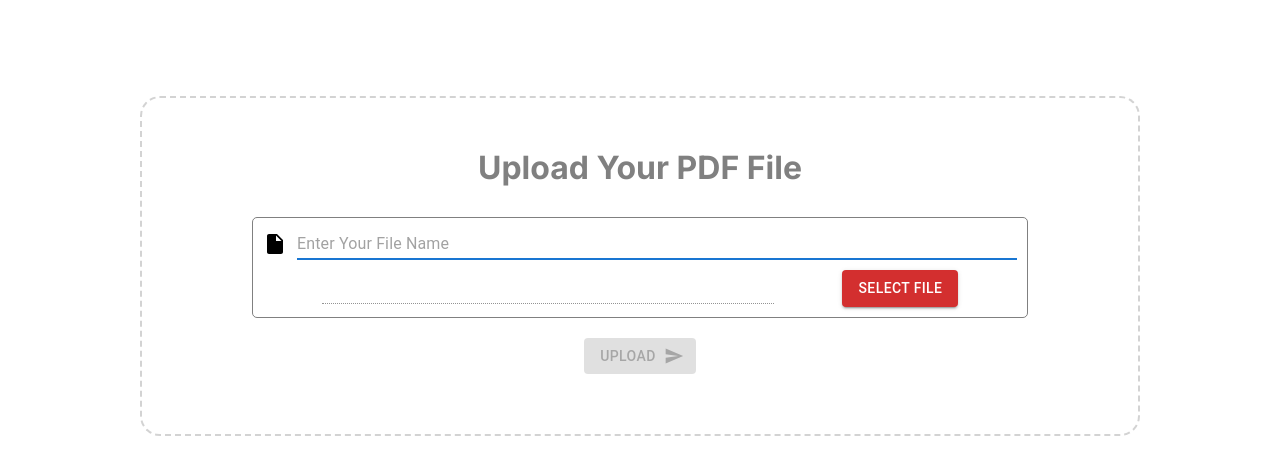
Repository: BhushanPatil-121/pdf-upload-nextjs
Page: /
These files come from the project's save history. The page is drawn as it stood at one moment and after the next save; the edit follows.
The browser window is 1280 px wide. The pictures show the whole page.
The project was rebuilt for these pictures with package versions that can differ from the ones it lists, and the page was loaded fresh each time. The framework's server and built-in components were replaced by stand-ins that run in the browser. Also part of the build but not shown: next.config.mjs.

Above is the page before, as saved 2024-02-29 11:16:06.

### src/app/page.tsx
"use client"
import styles from "./page.module.css";
import { styled } from '@mui/material/styles';
import Button from '@mui/material/Button';
import CloudUploadIcon from '@mui/icons-material/CloudUpload';
import { useState } from 'react';
import { Alert, Box, Stack, TextField } from "@mui/material";
import InsertDriveFileIcon from '@mui/icons-material/InsertDriveFile';
import SendIcon from '@mui/icons-material/Send';
import LoadingButton from '@mui/lab/LoadingButton';
import { CloudDownload } from "@mui/icons-material";

const VisuallyHiddenInput = styled('input')({
  clip: 'rect(0 0 0 0)',
  clipPath: 'inset(50%)',
  height: 1,
  overflow: 'hidden',
  position: 'absolute',
  bottom: 0,
  left: 0,
  whiteSpace: 'nowrap',
  width: 1,
});

export default function Home() {
  const [loading, setLoading] = useState(false);
  const [uploading, setUploding] = useState(false);
  const [fileName, setFileName] = useState<string>("")
  const [defaultFileName, setDefaultFileName] = useState<string>("")
  const [file, setFile] = useState<string>("")
  function handleClick(e: any) {
    setLoading(true);
    setTimeout(() => setLoading(false), 3000);
    setTimeout(() => {
      setUploding(true)
      setFileName("")
      setFile("")
    }, 3000);
    setTimeout(() => setUploding(false), 6000);
    e.preventDefault();
    let formData = new FormData();
    formData.append('filename', fileName);
    formData.append('file', file);
    console.log(fileName, file);
  }
  return (
    <main className={styles.main}>
      <div className={styles.mainContainer}>
        <h1 className={styles.mainHeading}>Upload Your PDF File</h1>
        <form className={styles.mainForm}>
          <div className={styles.mainFormContainer}>
            <div className={styles.mainFormSubContainer1}>
              <InsertDriveFileIcon />
              <Box sx={{width:'100%'}}>
              <TextField
                id="standard-basic"
                fullWidth
                placeholder="Enter Your File Name"
                value={fileName}
                autoFocus
                onChange={(e) => { setFileName(e.target.value) }}
                variant="standard" />
              </Box>
            </div>
            <div className={styles.mainFormSubContainer2}>
              <Box sx={{width:'60%'}}>
              <TextField
                id="standard-multiline-static"
                multiline
                fullWidth
                rows={1}
                disabled
                variant="standard"
                value={defaultFileName}
              />
              </Box>
              <Button
                component="label"
                role={undefined}
                variant="contained"
                tabIndex={-1}
                color={file ? "success" : "error"}
                onChange={(e: any) => {
                  setFile(e.target.files[0]);
                  setDefaultFileName(e.target.files[0].name);
                }}>Select file
                <VisuallyHiddenInput type="file" accept="application/pdf" />
              </Button>
            </div>
          </div>
          <LoadingButton
            onClick={handleClick}
            endIcon={<SendIcon />}
            loading={loading}
            disabled={fileName.length < 1}
            loadingPosition="end"
            variant="contained">
            {
              loading ? "Uploading..." : "Upload"
            }
          </LoadingButton>
        </form>
      </div>
      {
        uploading &&
        <Stack sx={{ width: '50%' }} spacing={2}>
          <Alert variant="filled" severity="success">
            File Upload Successfully
          </Alert>
        </Stack>
      }
    </main>
  );
}

### src/app/globals.css


* {
  box-sizing: border-box;
  padding: 0;
  margin: 0;
}

html,
body {
  max-width: 100vw;
  overflow-x: hidden;
}


a {
  color: inherit;
  text-decoration: none;
}

### src/app/page.module.css
.main {
  display: flex;
  flex-direction: column;
  justify-content: start;
  gap: 20px;
  align-items: center;
  padding: 6rem 0;
  min-height: 100vh;
}

.mainContainer {
  width: 1000px;
  display: flex;
  flex-direction: column;
  justify-content: center;
  align-items: center;
  padding: 50px 100px;
  border-radius: 20px;
  border: dashed 2px lightgrey;
}

.mainHeading {
  color: grey;
}

.mainForm {
  display: flex;
  flex-direction: column;
  align-items: center;
  justify-content: center;
  width: 100%;
  padding: 10px;
  border-radius: 10px;
}

.mainFormContainer {
  display: flex;
  flex-direction: column;
  align-items: center;
  justify-content: center;
  width: 100%;
  height: 100%;
  border: 1px solid grey;
  border-radius: 5px;
  padding: 10px;
  gap: 10px;
  margin: 20px;
}

.mainFormSubContainer1 {
  display: flex;
  flex-direction: row;
  align-items: center;
  justify-content: center;
  gap: 10px;
  width: 100%;
}

.mainFormSubContainer2 {
  display: flex;
  flex-direction: row;
  align-items: center;
  justify-content: space-evenly;
  gap: 10px;
  width: 100%;

}

Loaded but not shown: src/app/layout.tsx (common file)

After the next save:
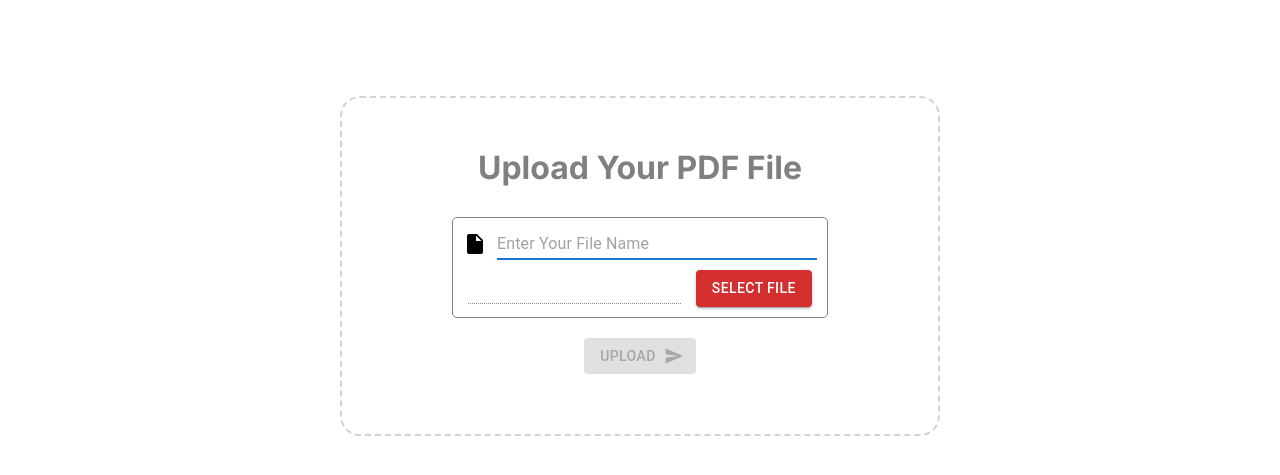
Saved 4 s later.
--- a/src/app/page.module.css
+++ b/src/app/page.module.css
@@ -9,7 +9,7 @@
 }
 
 .mainContainer {
-  width: 1000px;
+  width: 600px;
   display: flex;
   flex-direction: column;
   justify-content: center;
